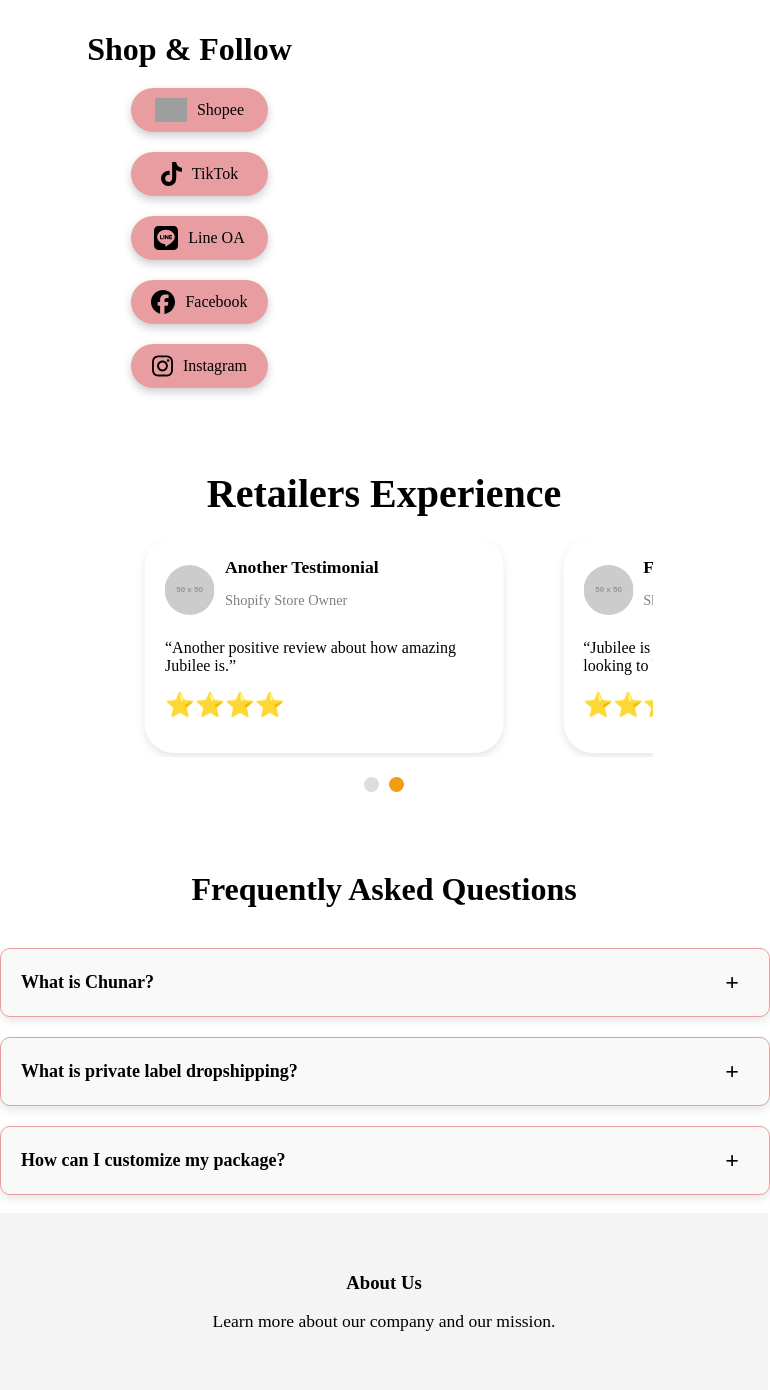
Repository: Nn-Exe/chunar-ecommerce
Page: / (app in ecommerce-frontend/)
An editor plug-in stored every save of this project. The page is shown before and after the next save, followed by the edit.
The browser window is 768 px wide. The page is 770 px wide, so the pictures cover 770 px, including what lies to the right of the window. The pictures show the part of the page from y = 1637 to 3150 px (the page is 3027 px tall before and 3150 px after).
Pictures or frames that could not be fetched are drawn as grey boxes. The page's requests for data from a server got no answer. The project was rebuilt for these pictures with package versions that can differ from the ones it lists, and the page was loaded fresh each time. No one was signed in, and anything a server would have sent is missing.

Above is the page before, as saved 2024-09-12 17:41:55.

After the next save:
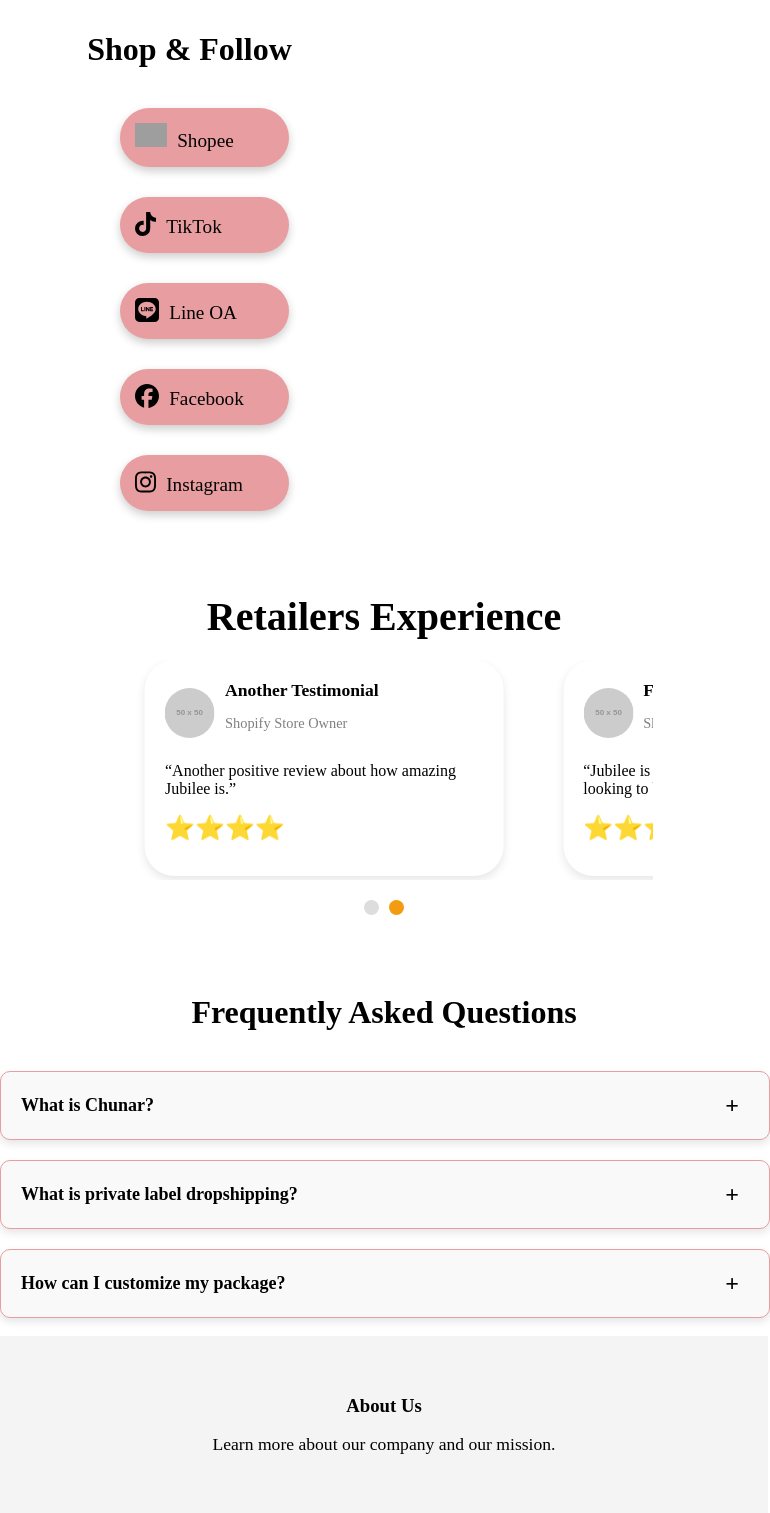
Saved 9 min 38 s later.
--- a/ecommerce-frontend/src/App.css
+++ b/ecommerce-frontend/src/App.css
@@ -542,17 +542,17 @@ nav ul li a {
 
 
   .link-block {
-    display: flex;
-    align-items: center;
-    justify-content: center;
-    padding: 10px;
-    font-size: 1rem;
-    text-align: center;
-    width: 100%; /* Full width */
-    background-color: #e89ea1;
-    color: black;
-    border-radius: 30px;
-    box-shadow: 0 4px 10px rgba(0, 0, 0, 0.2);
-  }
-
-}
+    grid-column: auto / span 1; /* Override the grid position */
+    display: block; /* Ensure it behaves independently of the grid */
+    width: 100%; /* Full width of its container */
+    margin-top: 20px; /* Add margin to separate from the grid items */
+  }
+
+  .links-container {
+    display: flex; /* Use flexbox to handle the layout */
+    flex-wrap: wrap; /* Allow the link blocks to wrap into multiple lines */
+    justify-content: center; /* Center the link blocks */
+    gap: 10px; /* Space between each link block */
+  }
+
+}
